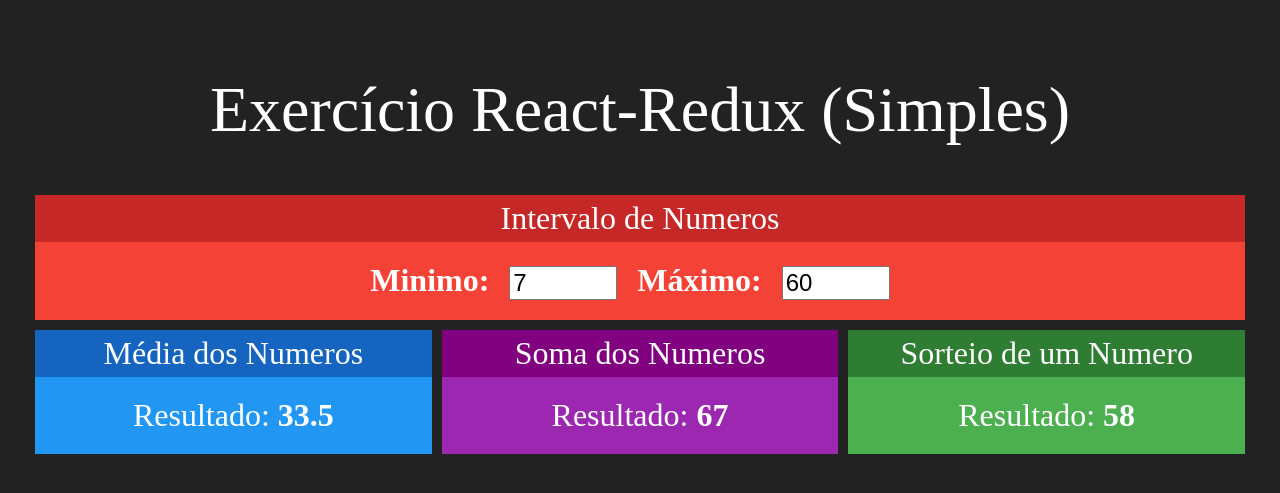
Repository: eversonps/redux-simples
Page: /
These files come from the project's save history. The page is drawn as it stood at one moment and after a run of saves; the edit follows.
The browser window is 1280 px wide. The pictures show the whole page.
The project was rebuilt for these pictures with package versions that can differ from the ones it lists, and the page was loaded fresh each time.

Above is the page before, as saved 2022-03-11 15:14:17.

After the next 2 saves:
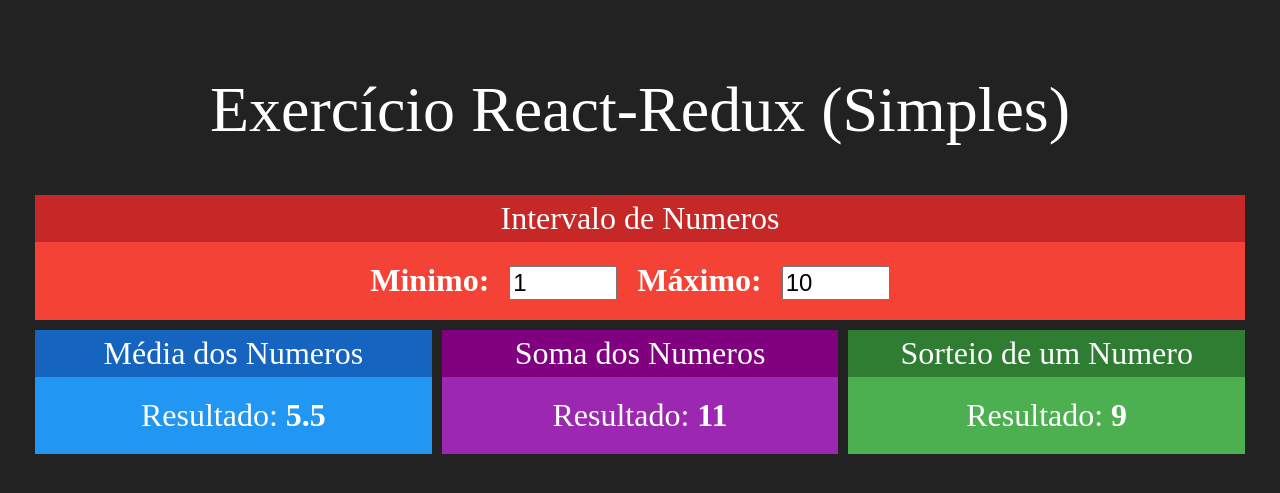
The 2 saves are shown as one change because they came seconds apart.
The last was saved 76 s later.
--- a/src/store/reducers/numeros.js
+++ b/src/store/reducers/numeros.js
@@ -1,8 +1,8 @@
 import { NUM_MAX_ALTERADO, NUM_MIN_ALTERADO } from "../actions/actionTypes"
 
 const initialState = {
-    min: 7,
-    max: 60
+    min: 1,
+    max: 10
 }
 
 export default function(state = initialState, action){
